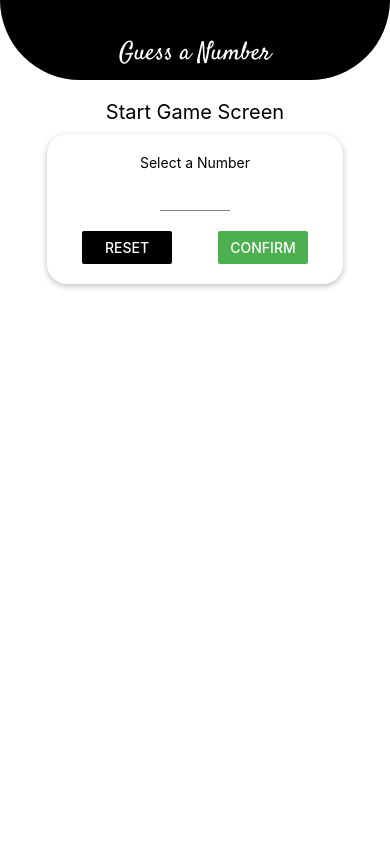
Repository: oguzhan18m/react-native-guess-number-game
Screen: /
The author's editor kept a copy of each file at every save. The screen is drawn from the files as they stood at one save, then again after the next save.
The app was drawn by React Native's web renderer in a window 390 px wide. The project was rebuilt for these pictures with package versions that can differ from the ones it lists, and the page was loaded fresh each time. Some packages were replaced by stand-ins written for this rebuild. Also part of the build but not shown: screens/GameScreen.js, screens/GameOver.js.

Above is the screen before, as saved 2021-03-05 00:09:02.

After the next save:
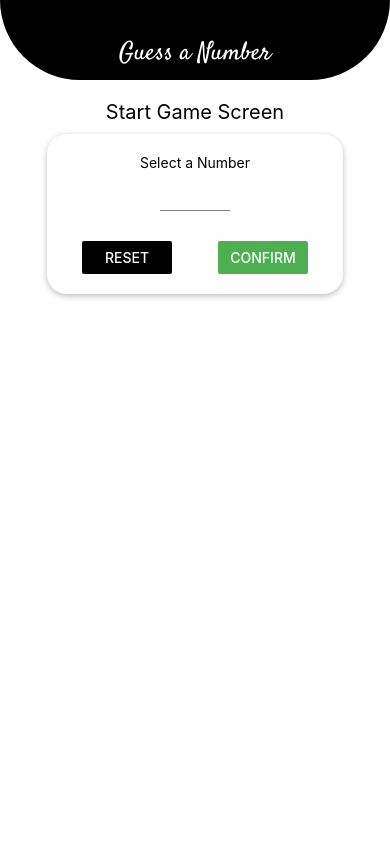
Saved 4 s later.
--- a/screens/StartGameScreen.js
+++ b/screens/StartGameScreen.js
@@ -104,7 +104,7 @@ const styles = StyleSheet.create({
     input:{
         width:70,
         textAlign:'center',
-        marginBottom:20,
+        marginBottom:30,
     },
     summaryContainer:{
         marginTop:20,
